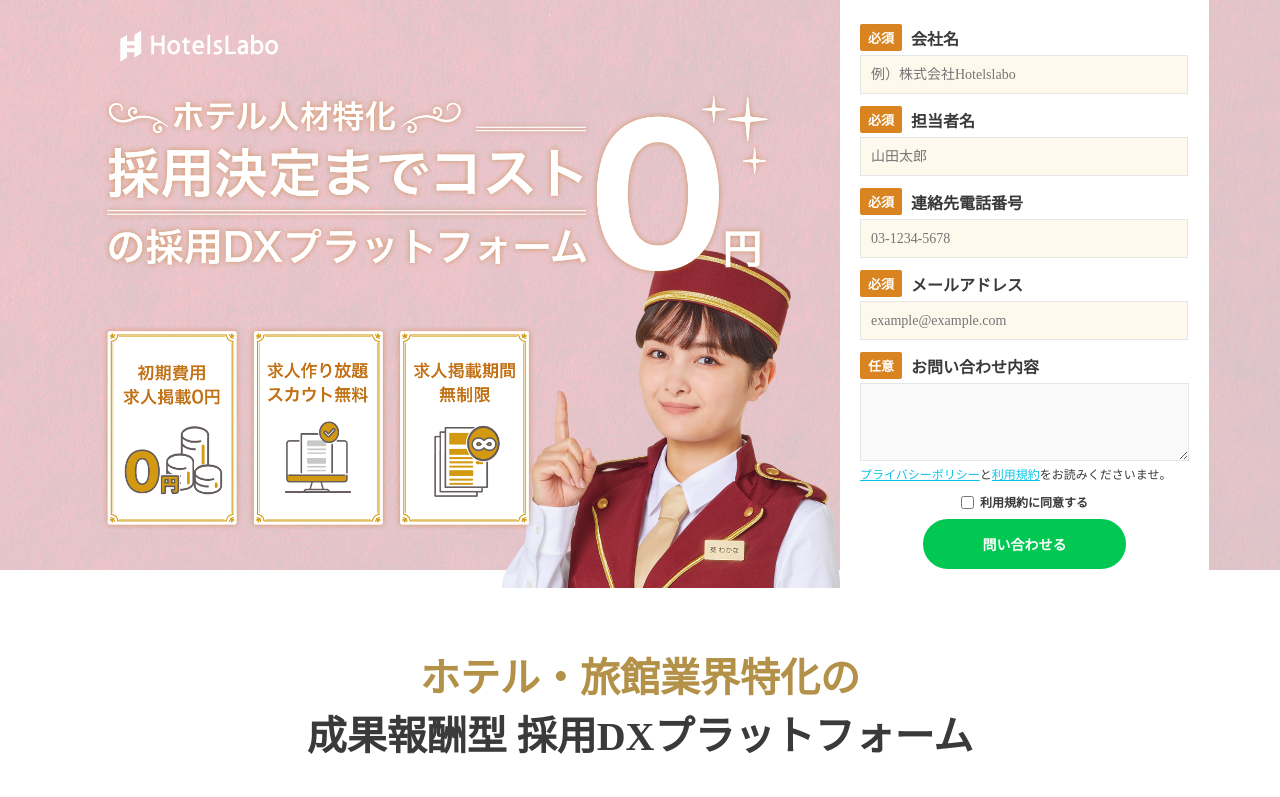
Repository: FujieRyou/to_b_lp
Page: index.html
These files come from the project's save history. The page is drawn as it stood at one moment and after the next save; the edit follows.
The browser window is 1280 px wide. The pictures show the part of the page from y = 0 to 797 px (the page is 8532 px tall).
Pictures or frames that could not be fetched are drawn as grey boxes. A picture or video elsewhere on the page could not be fetched, so the positions and the page height are approximate.

Above is the page before, as saved 2024-03-09 02:13:16.
Not found: index.js

After the next save:
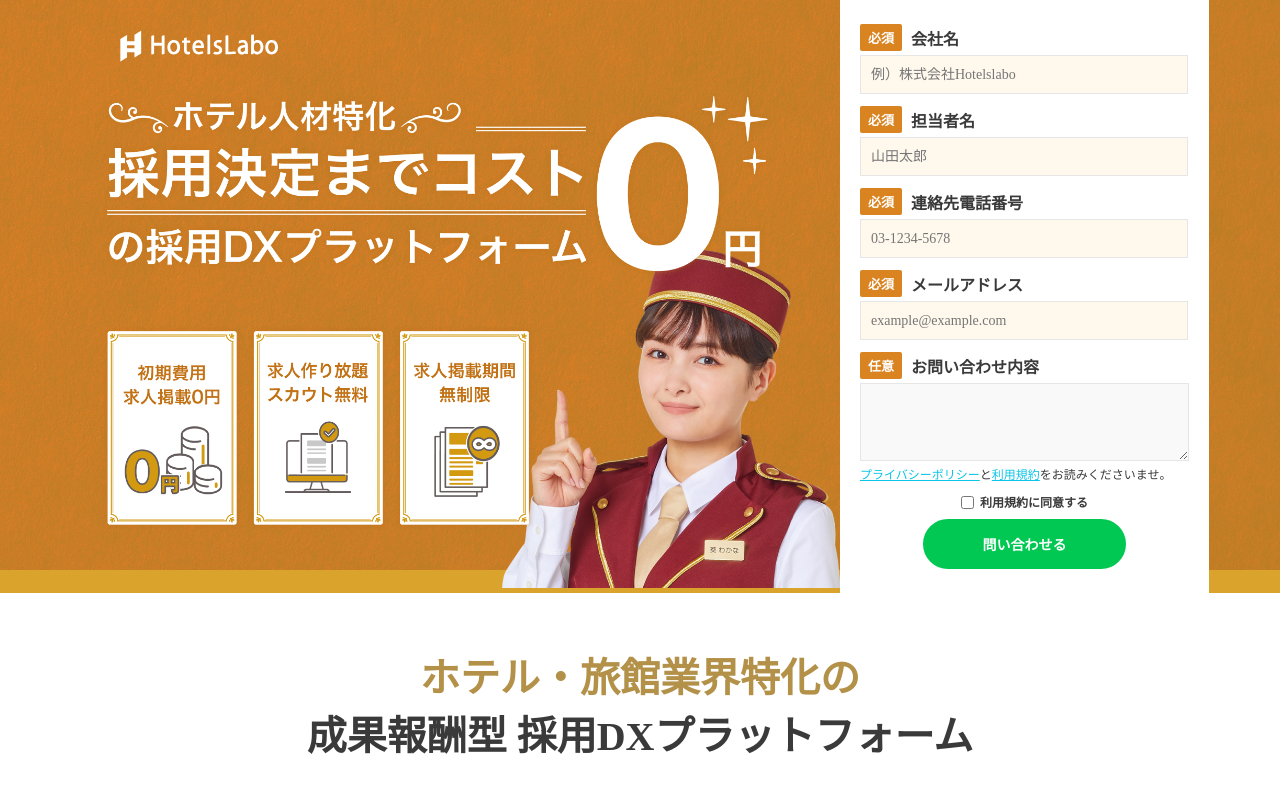
Saved 73 s later.
--- a/style.css
+++ b/style.css
@@ -9,6 +9,7 @@
 
 .firstViewWrap{
     width: 100vw;
+    background-color: #DAA32C;
 }
 
 .firstViewEffect{
